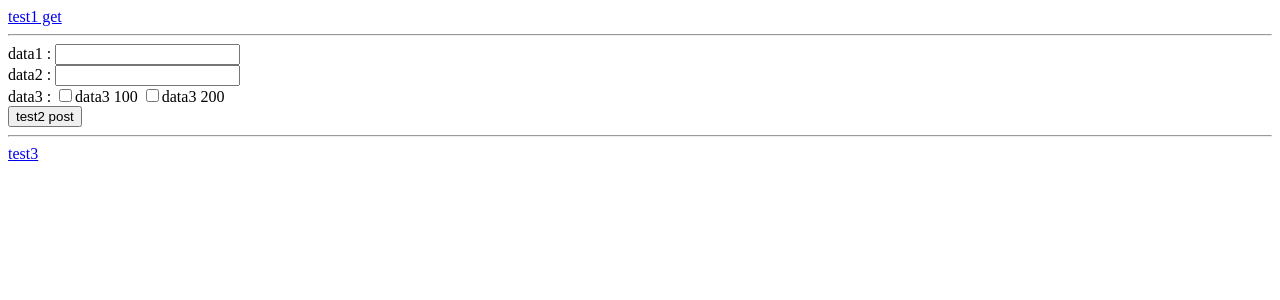
Repository: sudale/java_study
Page: http://localhost/GetParameter/
An editor plug-in stored every save of this project. The page is shown before and after the next save, followed by the edit.
The browser window is 1280 px wide. The pictures show the whole page.
The page is served by Tomcat 9. Other server files are loaded and not shown.

Above is the page before, as saved 2022-12-08 05:57:21.

### GetParameter/WebContent/WEB-INF/views/index.jsp
<%@ page language="java" contentType="text/html; charset=UTF-8"
	pageEncoding="UTF-8"%>
<!DOCTYPE html>
<html>
<head>
<meta charset="UTF-8">
<title>Insert title here</title>
</head>
<body>
	<a href='test1?data1=100&data2=200&data3=300&data3=400'>test1 get</a>
	<br />
	<hr />
	<form action='test2' method='post'>
		data1 : <input type='text' name='data1' /><br /> data2 : <input
			type='text' name='data2' /><br /> data3 : <input type='checkbox'
			name='data3' value='100' />data3 100 <input type='checkbox'
			name='data3' value='200' />data3 200<br />
		<button type='submit'>test2 post</button>
	</form>
	<hr />
	<a href='test3/100/200/300'>test3</a>
	<br />
</body>
</html>

After the next save:
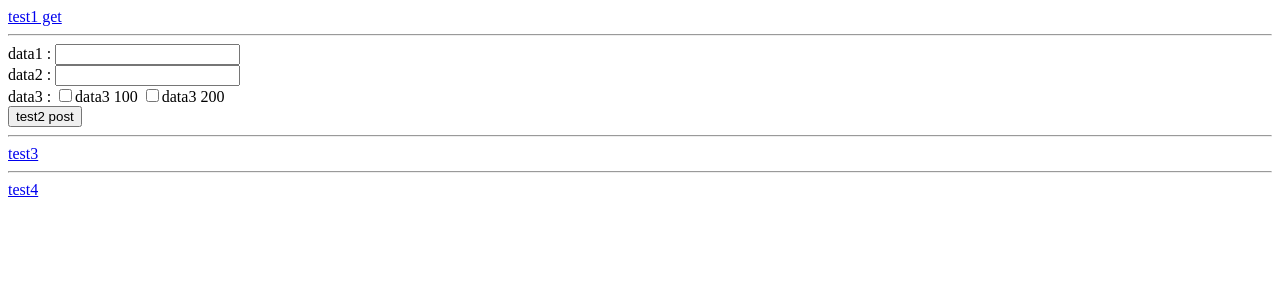
Saved 3 min 42 s later.
--- a/GetParameter/WebContent/WEB-INF/views/index.jsp
+++ b/GetParameter/WebContent/WEB-INF/views/index.jsp
@@ -20,5 +20,8 @@
 	<hr />
 	<a href='test3/100/200/300'>test3</a>
 	<br />
+	<hr />
+	<a href='test4?data1=100&data2=200&data3=300&data3=400'>test4</a>
+	<br />
 </body>
 </html>
